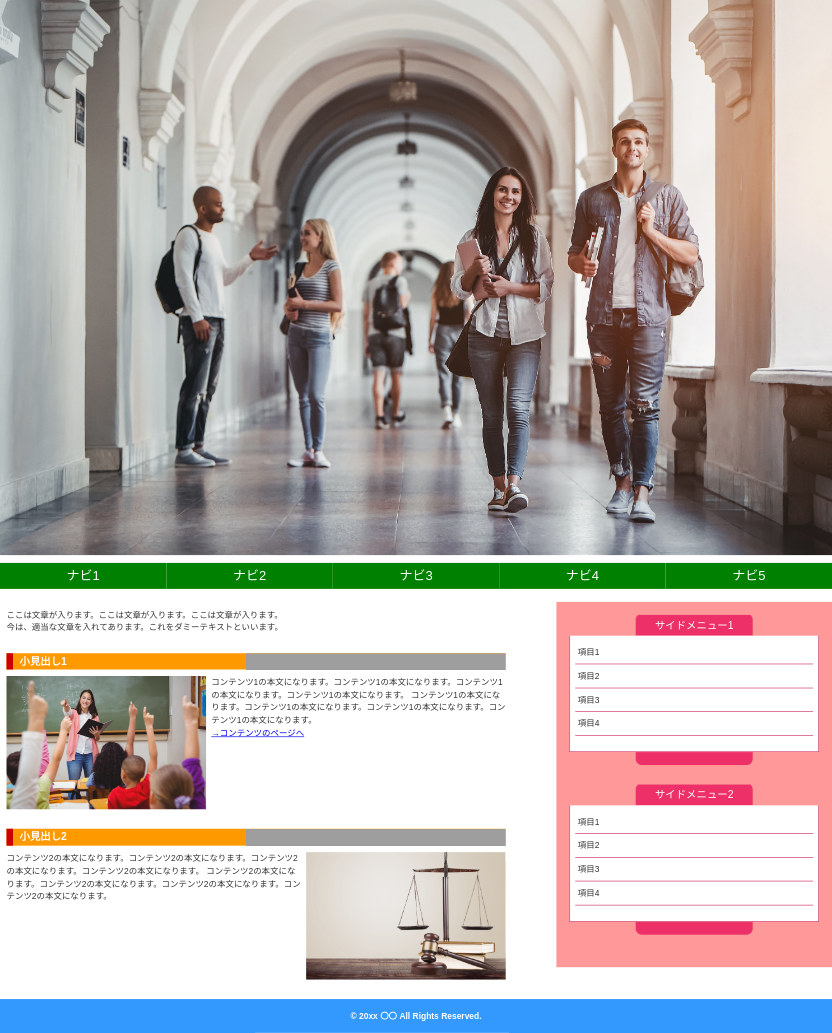
Repository: KAZMA5/samurai_HTML-CSS
Page: 6章まで/home.html
The author's editor kept a record of every edit. The page is drawn from the files as they stood at one moment, then again after the next edit.
The browser window is 1280 px wide. The pictures show the whole page, at 65% of full size.
Pictures or frames that could not be fetched are drawn as grey boxes.

Above is the page before.

After the next edit:
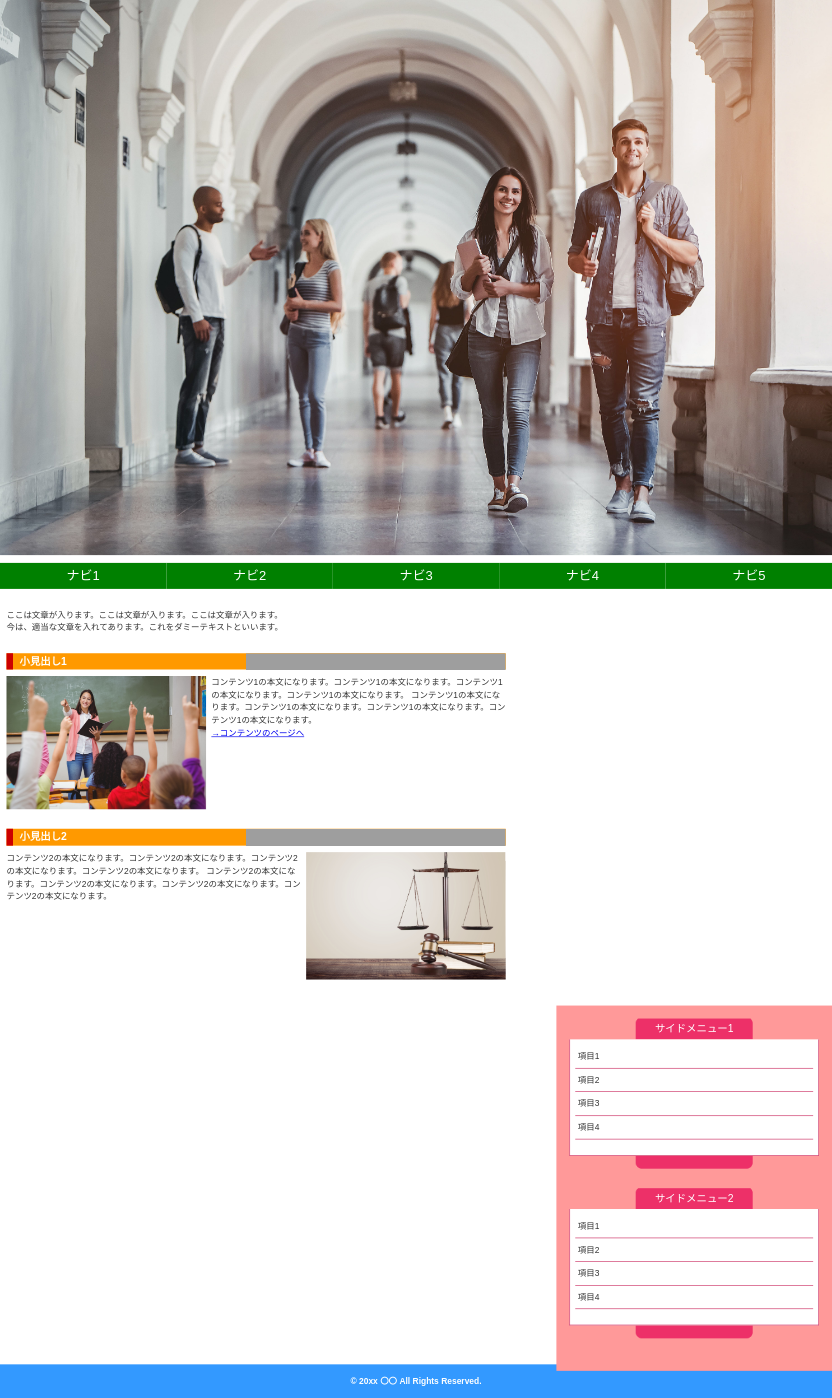
The edit:
--- a/6章まで/stylesheet.css
+++ b/6章まで/stylesheet.css
@@ -81,6 +81,8 @@
         padding: auto;
         padding-top: 20px;
         clear: both;
+        display: grid;
+        grid-template-column: 70vw 30vw;
 }
 /*----------------------------main---------------------------*/
 #main {
